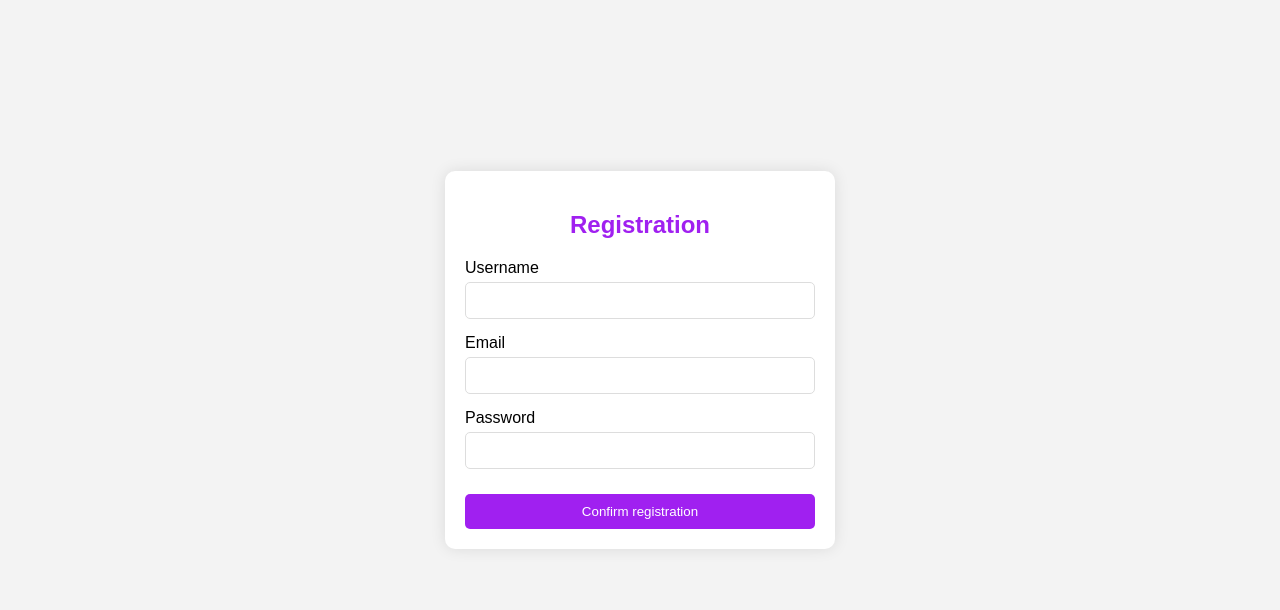
Repository: praifas16/ProPro
Page: docs/register.html
An editor plug-in stored every save of this project. The page is shown before and after the next save, followed by the edit.
The browser window is 1280 px wide. The pictures show the whole page.

Above is the page before, as saved 2024-08-21 15:55:21.
Console error: SyntaxError: Unexpected token ':'

After the next save:
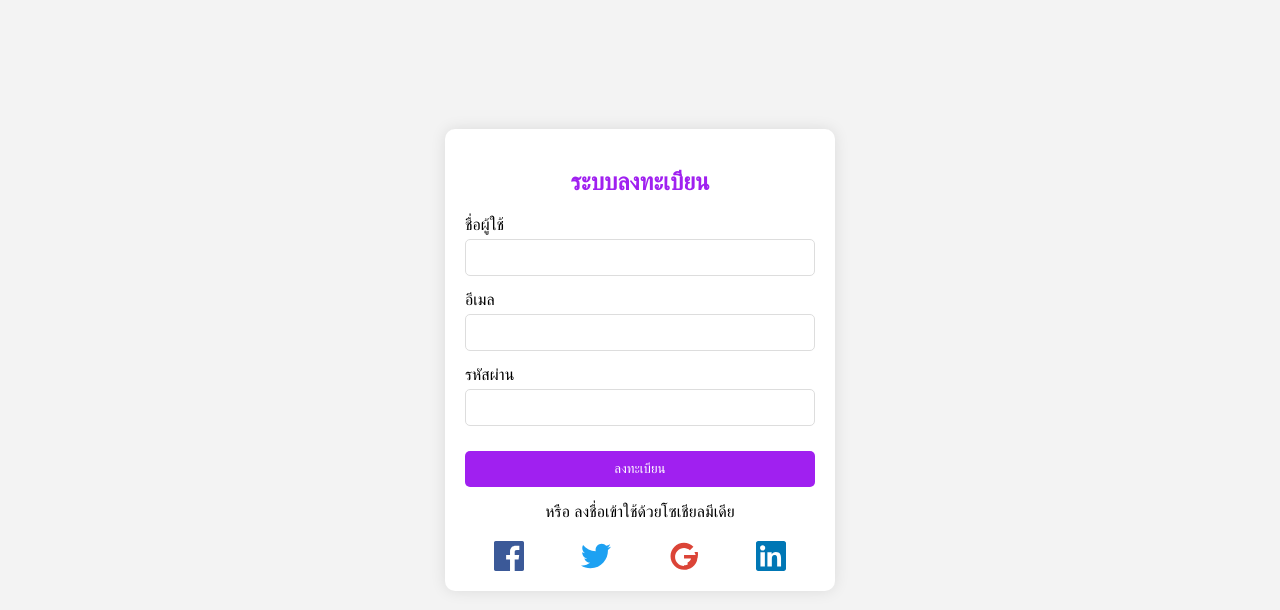
The error is gone.
Saved 16 s later.
--- a/docs/register.html
+++ b/docs/register.html
@@ -94,32 +94,61 @@
 <body>
     <div class="container">
         <div class="registration">
-            <h2>Registration</h2>
+            <h2>ระบบลงทะเบียน</h2>
             <form id="registerForm">
                 <div class="input-group">
-                    <label for="username">Username</label>
+                    <label for="username">ชื่อผู้ใช้</label>
                     <input type="text" id="username" name="username" required>
                 </div>
                 <div class="input-group">
-                    <label for="email">Email</label>
+                    <label for="email">อีเมล</label>
                     <input type="email" id="email" name="email" required>
                 </div>
                 <div class="input-group">
-                    <label for="password">Password</label>
+                    <label for="password">รหัสผ่าน</label>
                     <input type="password" id="password" name="password" required>
                 </div>
-                <button type="submit">Confirm registration</button>
+                <button type="submit">ลงทะเบียน</button>
             </form>
+            <p>หรือ ลงชื่อเข้าใช้ด้วยโซเชียลมีเดีย</p>
+            <div class="social-icons">
+                <a href="#" aria-label="Facebook">
+                    <svg xmlns="http://www.w3.org/2000/svg" fill="#3b5998" viewBox="0 0 24 24">
+                        <path d="M22.675 0H1.326C.593 0 0 .593 0 1.326v21.349C0 23.406.593 24 1.326 24h11.49v-9.294H9.691V11.14h3.125V8.51c0-3.1 1.893-4.788 4.659-4.788 1.325 0 2.464.099 2.796.143v3.24l-1.918.001c-1.505 0-1.796.715-1.796 1.764v2.313h3.587l-.467 3.567h-3.12V24h6.116c.732 0 1.325-.594 1.325-1.325V1.326C24 .593 23.407 0 22.675 0z"/>
+                    </svg>
+                </a>
+                <a href="#" aria-label="Twitter">
+                    <svg xmlns="http://www.w3.org/2000/svg" fill="#1da1f2" viewBox="0 0 24 24">
+                        <path d="M23.954 4.569c-.885.389-1.83.654-2.825.775 1.014-.611 1.794-1.574 2.163-2.724-.949.555-2.007.959-3.127 1.184-.896-.959-2.173-1.559-3.591-1.559-2.713 0-4.917 2.205-4.917 4.917 0 .39.045.765.127 1.124-4.083-.205-7.702-2.162-10.126-5.144-.423.729-.666 1.574-.666 2.476 0 1.71.87 3.214 2.188 4.096-.807-.026-1.566-.248-2.229-.616v.061c0 2.385 1.693 4.374 3.946 4.827-.413.111-.849.171-1.296.171-.317 0-.626-.03-.927-.086.626 1.956 2.444 3.381 4.6 3.421-1.685 1.319-3.808 2.105-6.115 2.105-.398 0-.79-.023-1.17-.069 2.179 1.397 4.768 2.212 7.557 2.212 9.054 0 14.003-7.496 14.003-13.986 0-.213-.004-.425-.014-.637.961-.694 1.8-1.562 2.46-2.548l-.047-.02z"/>
+                    </svg>
+                </a>
+                <a href="#" aria-label="Google">
+                    <svg xmlns="http://www.w3.org/2000/svg" fill="#db4437" viewBox="0 0 24 24">
+                        <path d="M21.35 11.1h-9.33v2.8h5.58c-.243 1.2-1.19 2.5-2.73 3.21v2.6h4.42c2.6-2.4 3.91-5.91 3.91-8.92 0-.65-.06-1.29-.17-1.91h-2.68zm-9.33 8.8c-3.94 0-7.16-3.22-7.16-7.16s3.22-7.16 7.16-7.16c1.88 0 3.48.71 4.68 1.88l2.84-2.84c-2.11-1.96-4.88-3.16-7.52-3.16-5.96 0-10.8 4.84-10.8 10.8s4.84 10.8 10.8 10.8c5.17 0 9.49-3.57 10.62-8.33h-4.42c-.91 2.75-3.53 4.69-6.2 4.69z"/>
+                    </svg>
+                </a>
+                <a href="#" aria-label="LinkedIn">
+                    <svg xmlns="http://www.w3.org/2000/svg" fill="#0077b5" viewBox="0 0 24 24">
+                        <path d="M22.23 0H1.77C.79 0 0 .78 0 1.75v20.49C0 23.22.78 24 1.77 24h20.46c.97 0 1.77-.78 1.77-1.76V1.75C24 .78 23.2 0 22.23 0zM7.09 20.45H3.56V9h3.53v11.45zM5.32 7.57c-1.14 0-2.07-.93-2.07-2.07 0-1.14.93-2.07 2.07-2.07 1.14 0 2.07.93 2.07 2.07 0 1.13-.93 2.07-2.07 2.07zm15.13 12.88h-3.53V14.5c0-1.42-.03-3.24-1.97-3.24-1.98 0-2.28 1.54-2.28 3.13v6.06h-3.54V9h3.4v1.56h.05c.47-.9 1.6-1.84 3.29-1.84 3.52 0 4.17 2.32 4.17 5.34v6.39z"/>
+                    </svg>
+                </a>
+            </div>
         </div>
     </div>
+    <script>
+        // เริ่มต้นส่วนของ JavaScript
+        document.getElementById('registerForm').addEventListener('submit', function(event) {
+            event.preventDefault(); // ป้องกันการรีเฟรชหน้าเว็บเมื่อฟอร์มถูกส่ง
 
-    <!-- Firebase JS SDK -->
-    <script type="module">
-        // Import the functions you need from the SDKs you need import { initializeApp } from "https://www.gstatic.com/firebasejs/9.23.0/firebase-app.js"; import { getFirestore, collection, addDoc } from "https://www.gstatic.com/firebasejs/9.23.0/firebase-firestore.js";
-        // Your web app's Firebase configuration const firebaseConfig = { apiKey: "AIzaSyC1qX4ttFX...", authDomain: "project-63a86.firebaseapp.com", projectId: "project-63a86", storageBucket: "project-63a86.appspot.com", messagingSenderId: "448111875731",
-        appId: "1:448111875731:web:6180e0c46cc10593051f66", measurementId: "G-SR4EFC2VFC" }; // Initialize Firebase const app = initializeApp(firebaseConfig); const db = getFirestore(app); document.getElementById('registerForm').addEventListener('submit',
-        async function(event) { event.preventDefault(); // ป้องกันการรีเฟรชหน้าเว็บเมื่อฟอร์มถูกส่ง const username = document.getElementById('username').value; const email = document.getElementById('email').value; const password = document.getElementById('password').value;
-        try { const docRef = await addDoc(collection(db, "users"), { username: username, email: email, password: password }); console.log("Document written with ID: ", docRef.id); } catch (e) { console.error("Error adding document: ", e); } });
+            const username = document.getElementById('username').value;
+            const email = document.getElementById('email').value;
+            const password = document.getElementById('password').value;
+
+            console.log('กำลังลงทะเบียน:', username, email, password);
+
+            // ที่นี่สามารถเพิ่มโค้ดเพื่อส่งข้อมูลไปยังเซิร์ฟเวอร์ได้
+        });
+        // จบส่วนของ JavaScript
     </script>
 </body>
 
